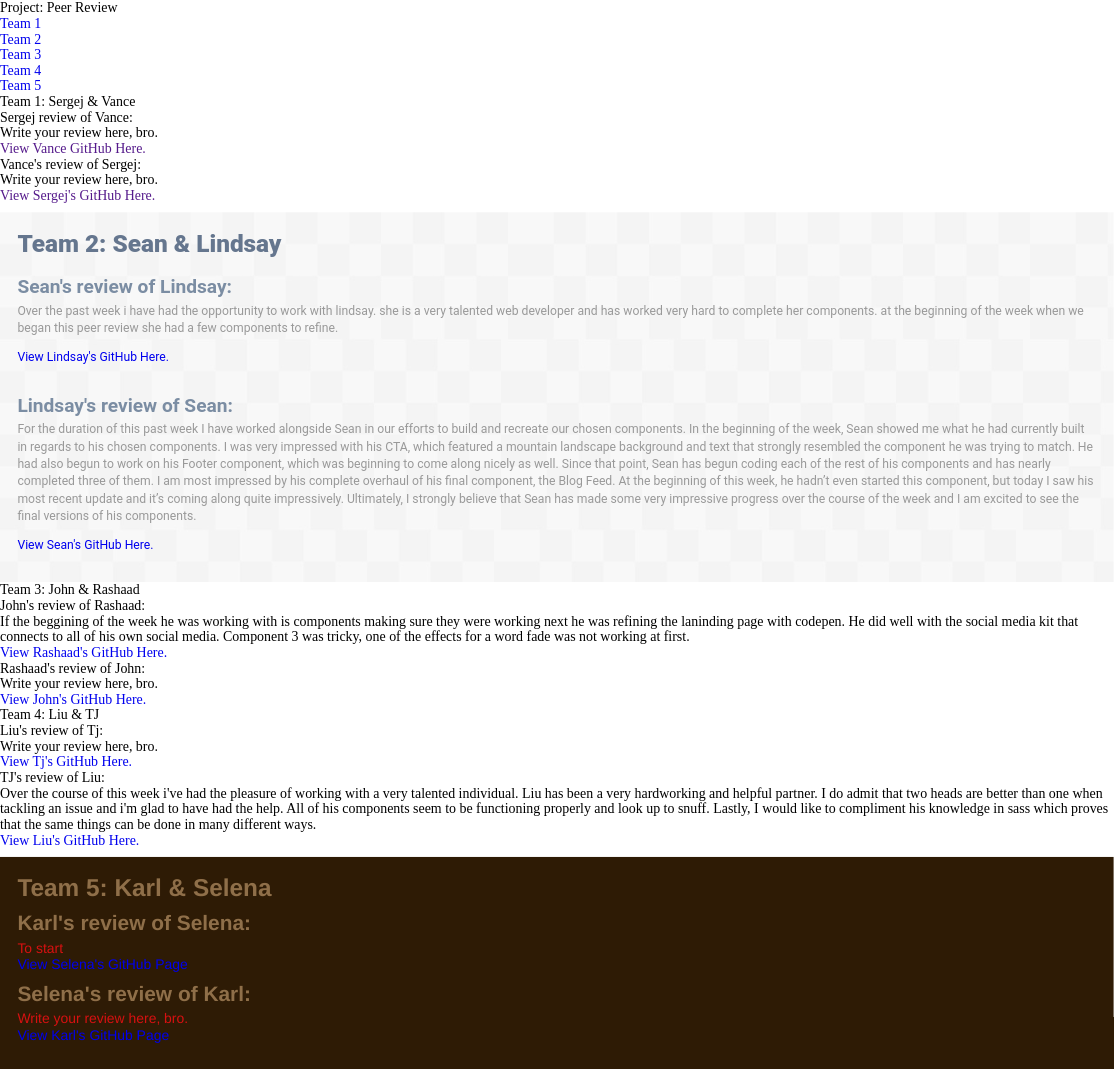
Repository: Smvargas787/WSP-2.5
Page: workspace 3/index.html
The author's editor kept a record of every edit. The page is drawn from the files as they stood at one moment, then again after the next edit.
The browser window is 1280 px wide. The pictures show the whole page, at 87% of full size.
Some web libraries are served in a nearby version.

Above is the page before.

After the next edit:
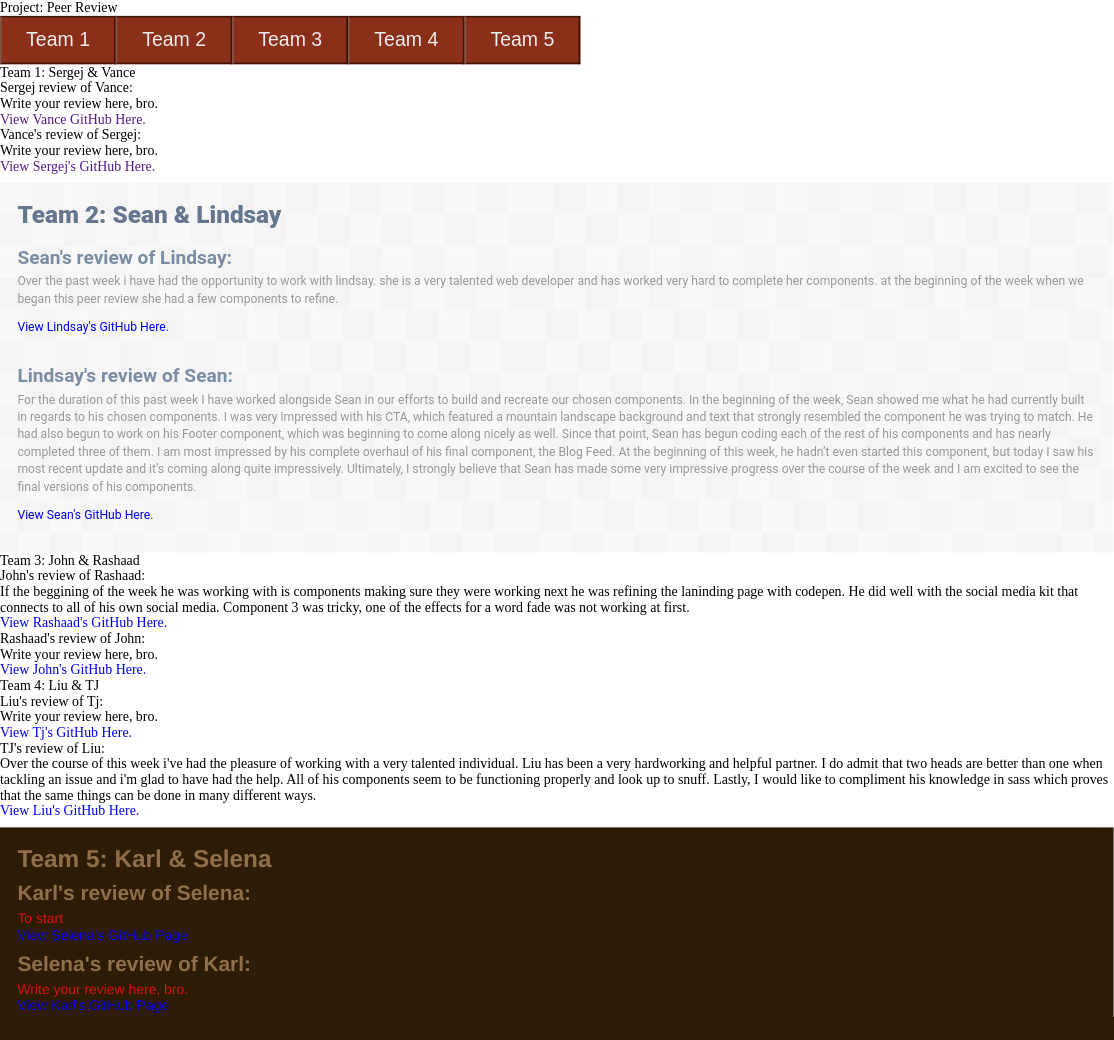
The edit:
--- a/workspace 3/index.html
+++ b/workspace 3/index.html
@@ -15,7 +15,7 @@
 		<header>
 			<h1>Project: Peer Review</h1>
 			<nav>
-				<ul>
+				<ul id="nav">
 					<li><a href="#" class="link" data-this=".team1" data-last=".page">Team 1</a></li>
 					<li><a href="#" class="link" data-this=".team2" data-last=".page">Team 2</a></li>
 					<li><a href="#" class="link" data-this=".team3" data-last=".page">Team 3</a></li>
